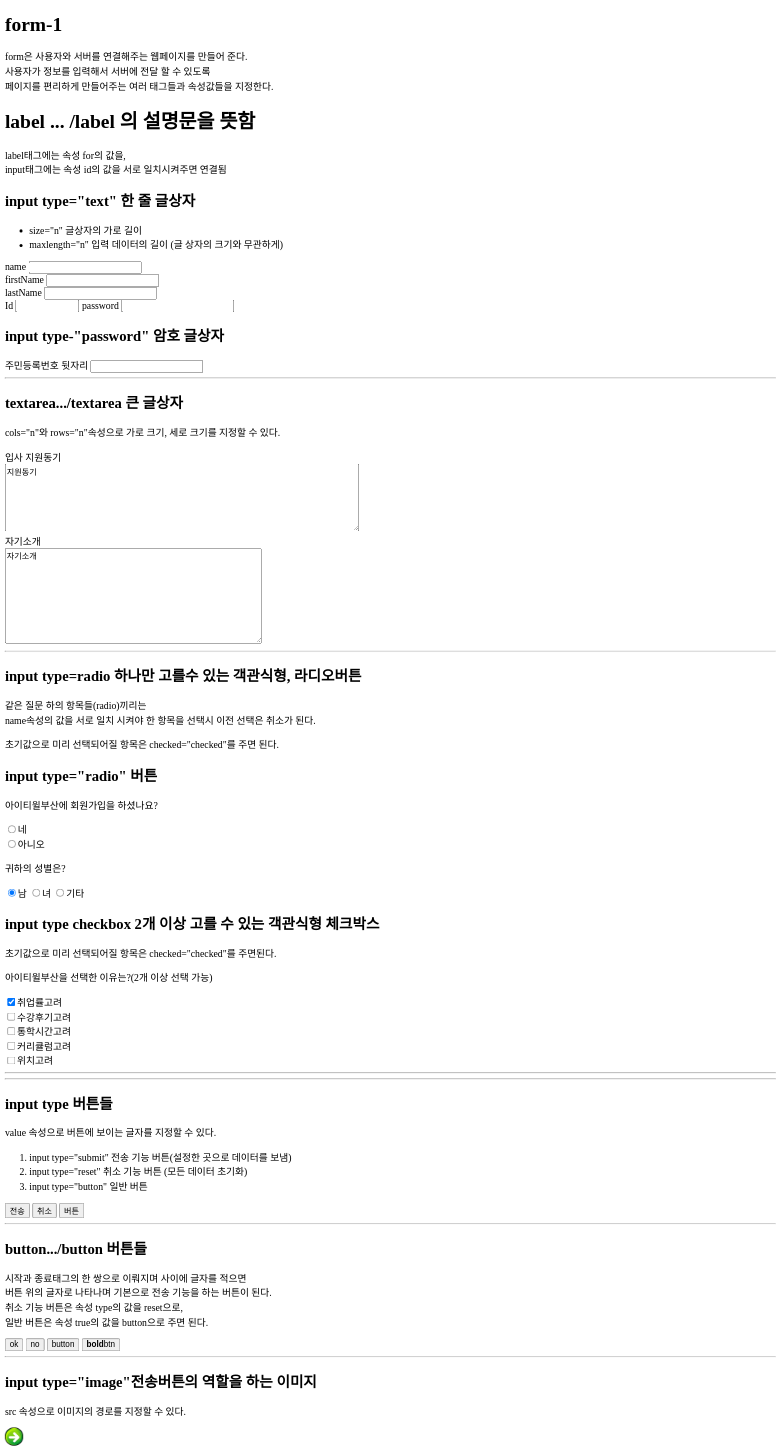
Repository: ReadStar/Web
Page: Html/html5/WebContent/form-1.html
An editor plug-in stored every save of this project. The page is shown before and after the next save, followed by the edit.
The browser window is 1280 px wide. The pictures show the whole page, at 61% of full size.

Above is the page before, as saved 2020-08-06 08:25:13.

After the next save:
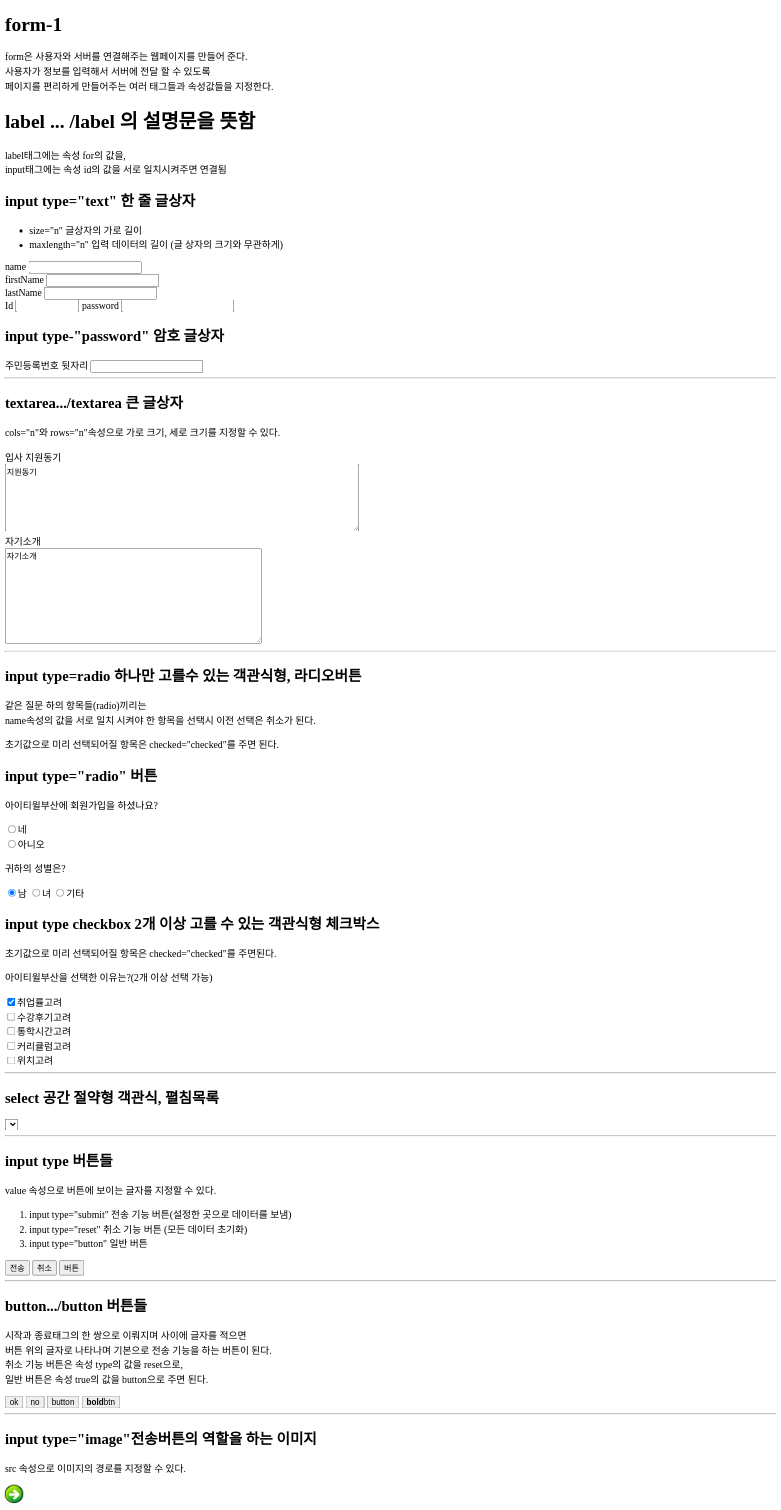
Saved 25 s later.
--- a/Html/html5/WebContent/form-1.html
+++ b/Html/html5/WebContent/form-1.html
@@ -61,9 +61,18 @@
 <label><input type="checkbox" name="check">커리큘럼고려</label><br>
 <label><input type="checkbox" name="check">위치고려</label><br>
 <hr>
+<h2>select 공간 절약형 객관식, 펼침목록</h2>
+
+<select>
+<option></option>
 
 
 
+
+
+
+
+</select>
 
 
 
